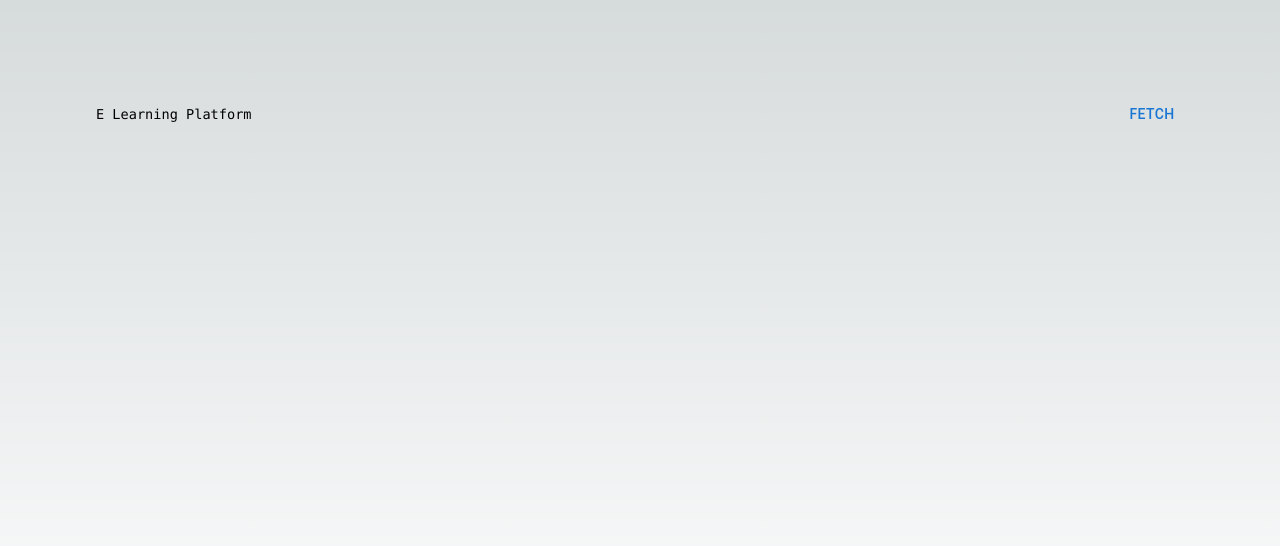
Repository: Thulaa123/e-learning-platform
Page: /
The author's editor kept a copy of each file at every save. The page is drawn from the files as they stood at one save, then again after a run of saves.
The browser window is 1280 px wide. The pictures show the whole page.
The project was rebuilt for these pictures with package versions that can differ from the ones it lists, and the page was loaded fresh each time. The framework's server and built-in components were replaced by stand-ins that run in the browser. Also part of the build but not shown: next.config.js.

Above is the page before, as saved 2023-08-10 12:57:33.

### app/page.tsx
'use client';
import Image from 'next/image'
import styles from './page.module.css'
import { useState } from 'react'
import { Button } from '@mui/material';

export default function Home() {
  const [courses, setCourseData] = useState();
  async function fetchQuery() {
    const baseUrl = 'http://localhost:1337/api';
    const response = await fetch(`${baseUrl}/courses/`);
    const data = await response.json();
    setCourseData(data)
    console.log(data);
    return data;
  }
  return (
    <main className={styles.main}>
      <div className={styles.description}>
       E Learning Platform
       <Button variantonClick={() => fetchQuery()}>Fetch</Button>
      </div>
    </main>
  )
}

Loaded but not shown: app/layout.tsx (common file); app/globals.css (common file); app/page.module.css (common file)

After the next 3 saves:
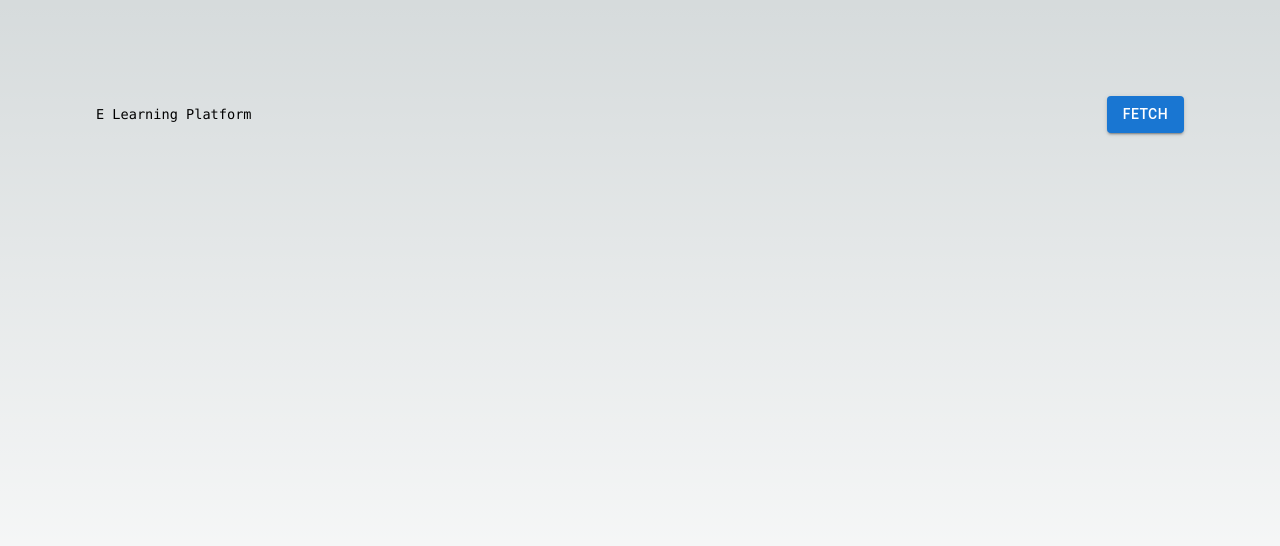
The 3 saves are shown as one change because they came seconds apart.
The last was saved 16 s later.
--- a/app/page.tsx
+++ b/app/page.tsx
@@ -18,7 +18,7 @@ export default function Home() {
     <main className={styles.main}>
       <div className={styles.description}>
        E Learning Platform
-       <Button variantonClick={() => fetchQuery()}>Fetch</Button>
+       <Button variant="contained" color="primary" onClick={() => fetchQuery()}>Fetch</Button>
       </div>
     </main>
   )
